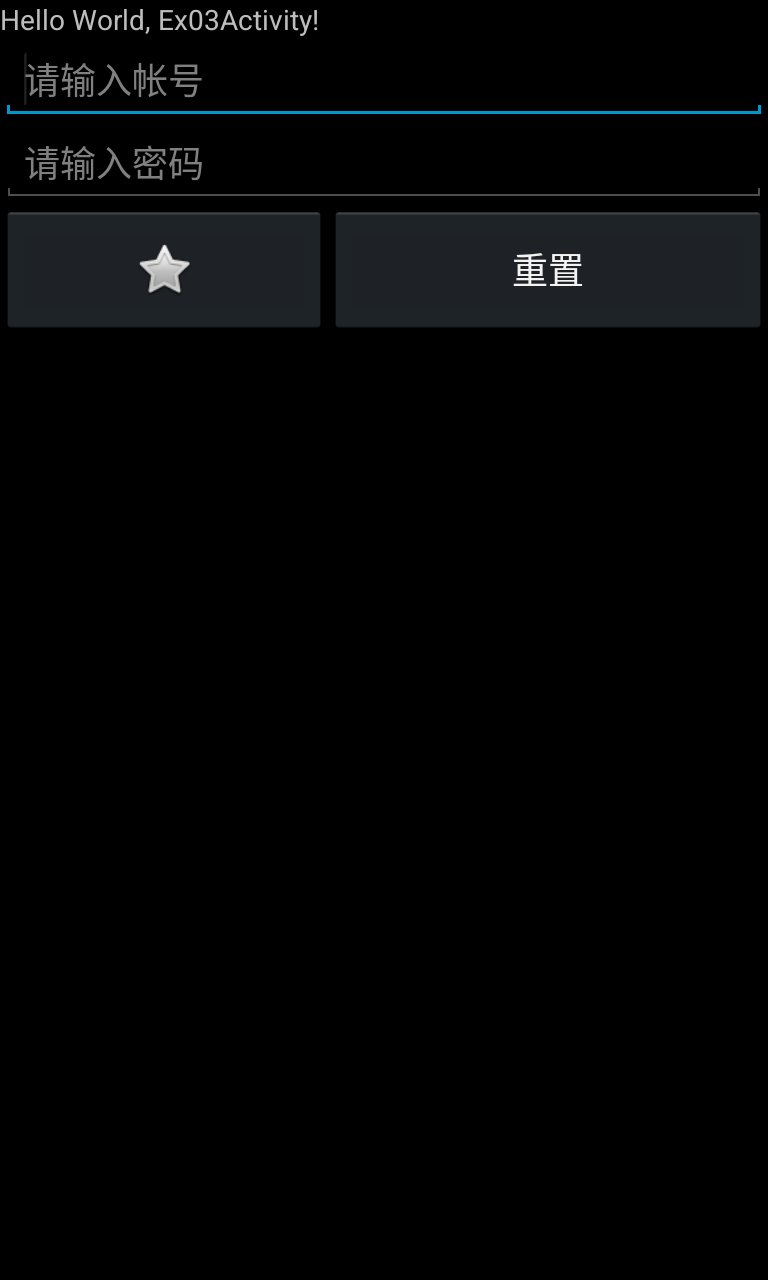
Repository: oldherokingsley/android_homework
Layout: Ex03/res/layout/main.xml
An editor plug-in stored every save of this project. The layout is shown before and after a run of saves, followed by the edit.
It is drawn on a 768 x 1280 px phone screen (xhdpi) without system bars, with theme android:Theme.Holo; the app's code is not run.

Above is the layout before, as saved 2012-10-16 09:45:36.

After the next 2 saves:
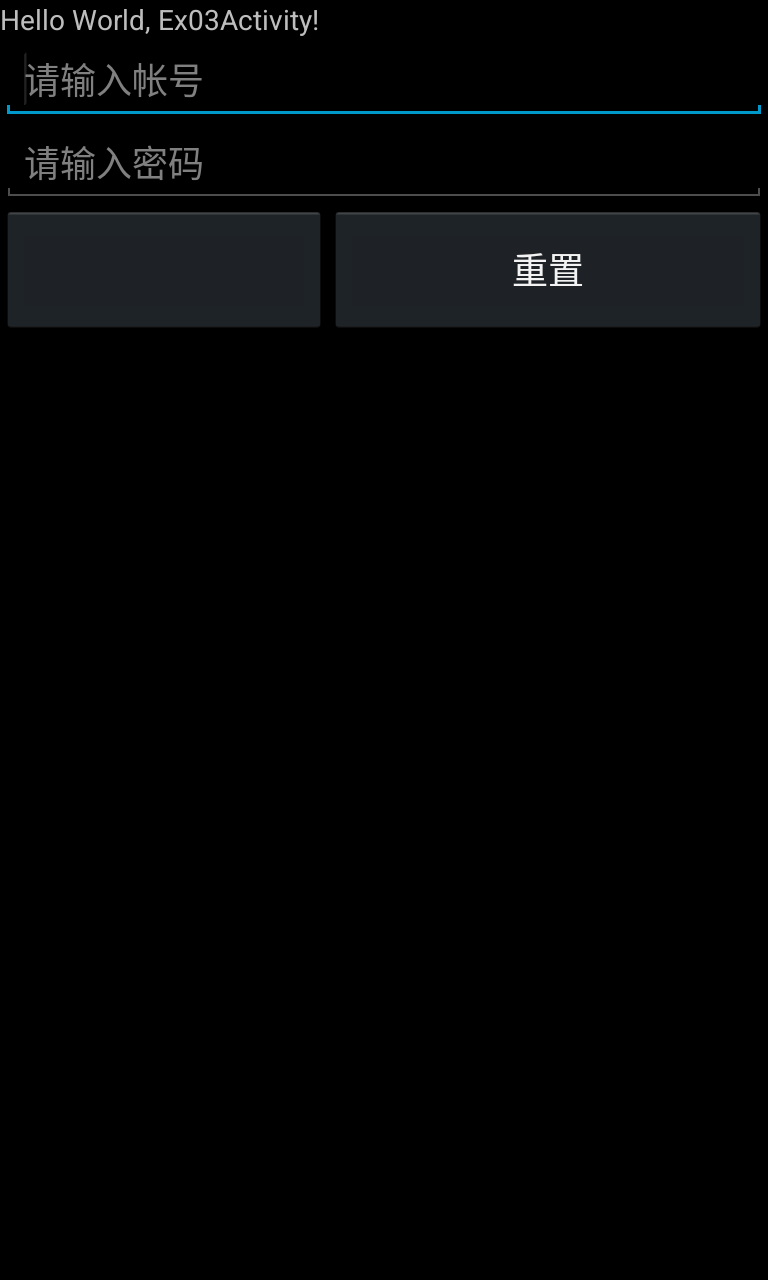
The 2 saves are shown as one change because 1 did not build or start.
The last was saved 40 s later.
--- a/Ex03/res/layout/main.xml
+++ b/Ex03/res/layout/main.xml
@@ -37,7 +37,7 @@
             android:id="@+id/imageButton1"
             android:layout_width="164dp"
             android:layout_height="65dp"
-            android:src="@android:drawable/btn_star"
+            android:src="@android: ic_launcher.png"
             android:onClick="iamgeButtonClick" />
 
         <Button
